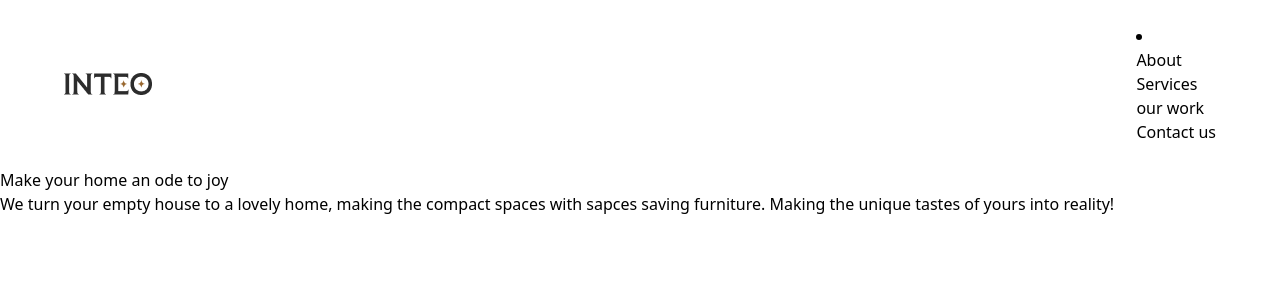
Repository: CatherinneJ/responsive-tailwind-website
Page: tailwind.html
The author's editor kept a copy of each file at every save. The page is drawn from the files as they stood at one save, then again after the next save.
The browser window is 1280 px wide. The pictures show the whole page.
Some web libraries are served in a nearby version.

Above is the page before, as saved 2025-05-20 17:24:15.

After the next save:
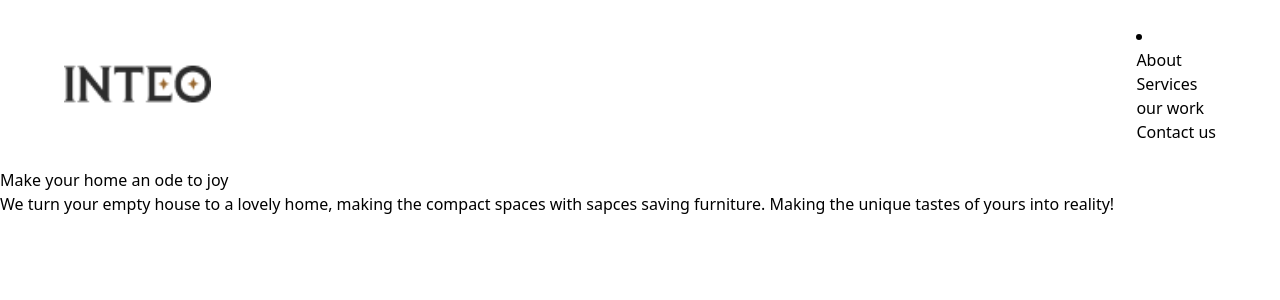
Saved 44 s later.
--- a/tailwind.html
+++ b/tailwind.html
@@ -9,7 +9,7 @@
 </head>
 <header class="py-6 px-8 lg:px-16">
     <nav class="flex justify-between items-center">
-        <img src="./Assets/Logo.png" alt="logo">
+        <img src="./Assets/Logo.png" alt="logo" class="h-10">
         <li>
             <ul>About</ul>
             <ul>Services</ul>
